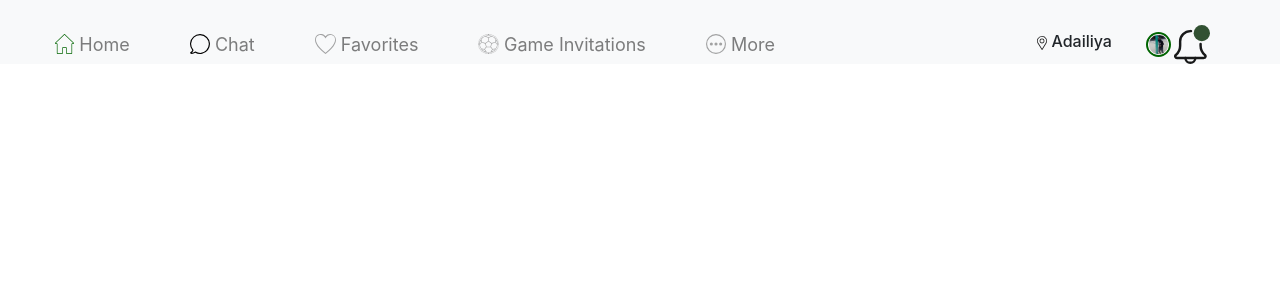
Repository: usman-yousuf/football-website
Page: Home/home.html
An editor plug-in stored every save of this project. The page is shown before and after the next save, followed by the edit.
The browser window is 1280 px wide. The pictures show the whole page.

Above is the page before, as saved 2021-08-18 11:21:40.
Console error: ReferenceError: $ is not defined

After the next save:
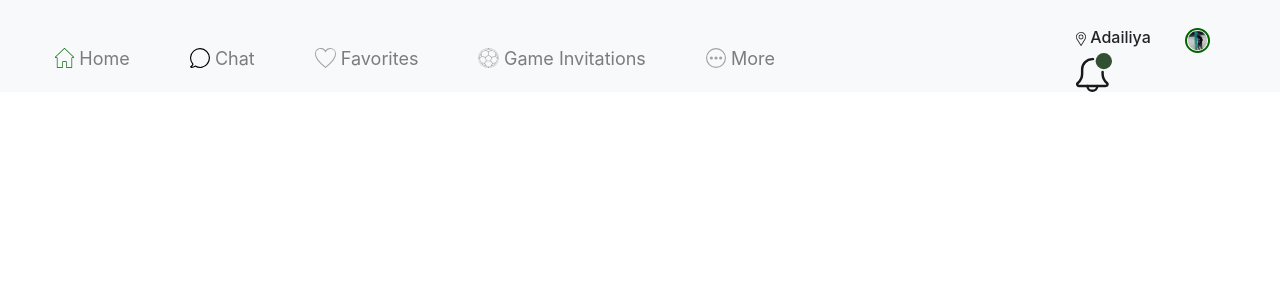
Saved 3 s later.
--- a/Home/home.html
+++ b/Home/home.html
@@ -141,7 +141,7 @@
           />
           <img
             src="../assets/images/notification.svg"
-            class="img-fluid "
+            class="img-fluid nav"
             alt="navbar_home"
           />
         </div>

After the save that followed:
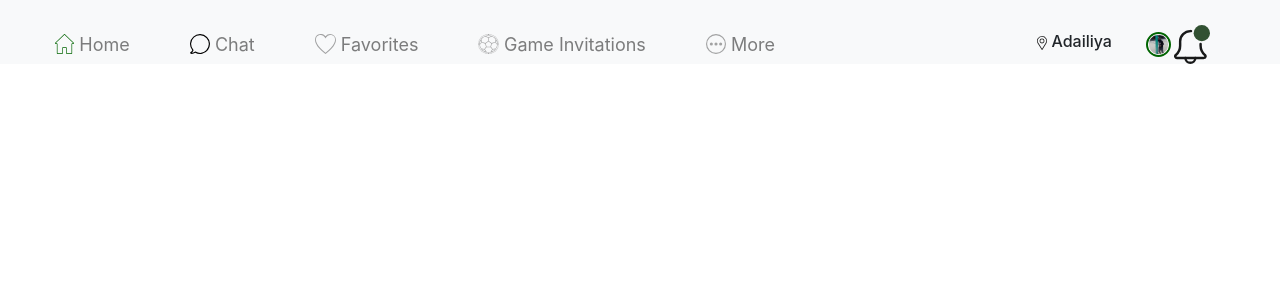
Saved 5 s later.
--- a/Home/home.html
+++ b/Home/home.html
@@ -141,7 +141,7 @@
           />
           <img
             src="../assets/images/notification.svg"
-            class="img-fluid nav"
+            class="img-fluid navnoti"
             alt="navbar_home"
           />
         </div>
